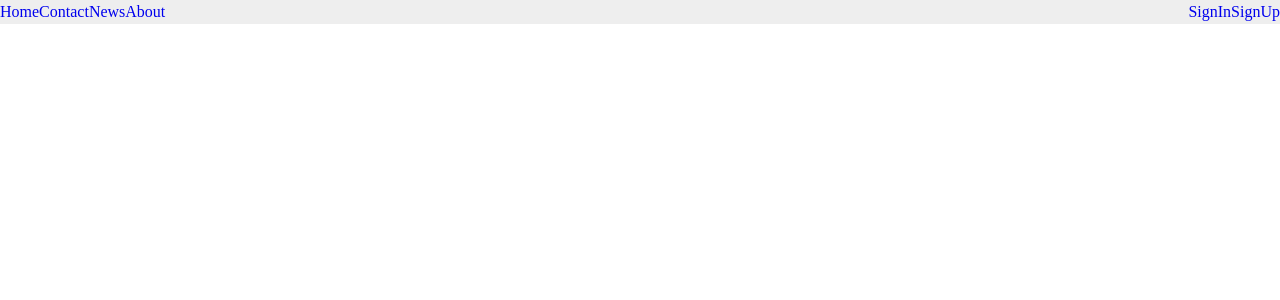
Repository: jesar-enl/My-CSS-Website
Page: index.html
The author's editor kept a copy of each file at every save. The page is drawn from the files as they stood at one save, then again after the next save.
The browser window is 1280 px wide. The pictures show the whole page.

Above is the page before, as saved 2022-07-26 12:29:54.

### index.html
<!DOCTYPE html>
<html lang="en">
  <head>
    <meta charset="UTF-8" />
    <meta http-equiv="X-UA-Compatible" content="IE=edge" />
    <meta name="viewport" content="width=device-width, initial-scale=1.0" />
    <title>My CSS website</title>
    <link rel="stylesheet" href="style.css" />
  </head>
  <body>
    <nav>
      <ul class="topnav">
        <li><a href="#home">Home</a></li>
        <li><a href="#contact">Contact</a></li>
        <li><a href="#news">News</a></li>
        <li><a href="#about">About</a></li>
        <li class="topnav-right"><a href="#signup">SignUp</a></li>
        <li class="topnav-right"><a href="#signin">SignIn</a></li>
      </ul>
    </nav>
  </body>
</html>

### style.css
/* ########## Defaults ########### */

nav,
header,
footer {
  display: block;
}

body {
  line-height: 1.5;
  margin: 0;
}

/* ######### Navigation Bar ######## */

nav {
  width: 100%;
  margin: 0;
}

nav ul {
  background-color: #eee;
  overflow: hidden;
  margin: 0;
  padding: 0;
}
/* the list-style removes the bullet points from the list items */
ul.topnav li {
  list-style: none;
  float: left;
}

ul.topnav li.topnav-right {
  float: right;
}

ul.topnav li a {
  display: block;
  text-decoration: none;
  font-size: ;
}

After the next save:
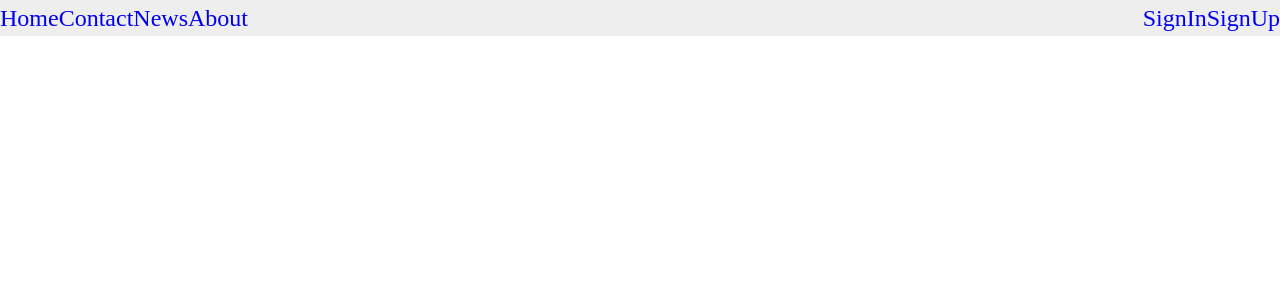
Saved 10 s later.
--- a/style.css
+++ b/style.css
@@ -37,5 +37,5 @@
 ul.topnav li a {
   display: block;
   text-decoration: none;
-  font-size: ;
+  font-size: 1.5rem;
 }

After the 3 saves that followed:
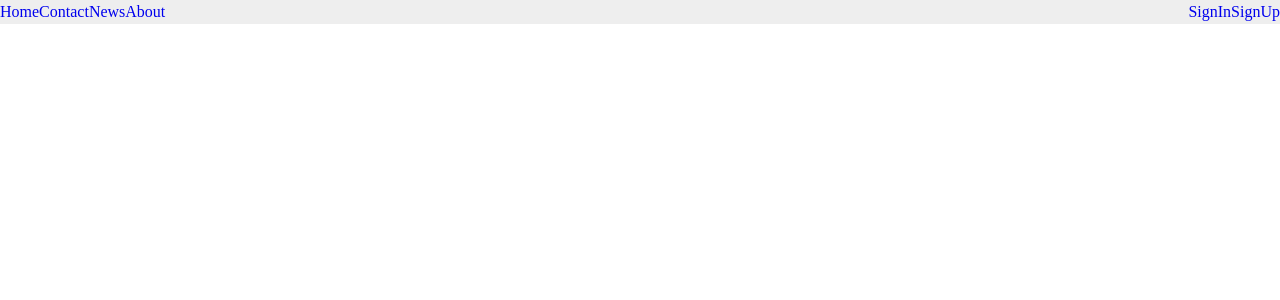
The 3 saves are shown as one change because they came seconds apart.
The last was saved 25 s later.
--- a/style.css
+++ b/style.css
@@ -37,5 +37,5 @@
 ul.topnav li a {
   display: block;
   text-decoration: none;
-  font-size: 1.5rem;
+  min-height: 1.5rem;
 }
